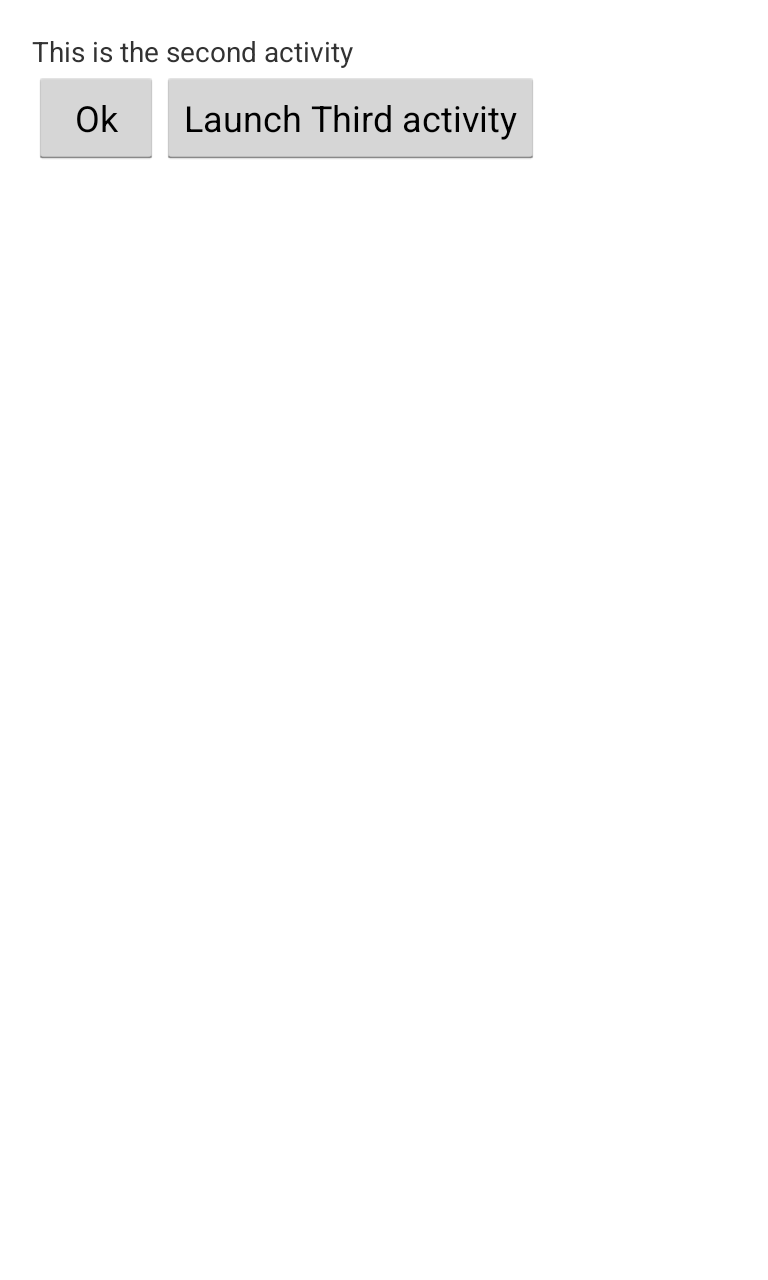
Repository: ericMedeiros93/Android-Dev
Layout: week5_intnet/res/layout/activity_third.xml
An editor plug-in stored every save of this project. The layout is shown before and after the next save, followed by the edit.
It is drawn on a 768 x 1280 px phone screen (xhdpi) without system bars, with theme AppTheme; the app's code is not run.

Above is the layout before, as saved 2014-10-01 16:12:58.

### week5_intnet/res/layout/activity_third.xml
<LinearLayout xmlns:android="http://schemas.android.com/apk/res/android"
    xmlns:tools="http://schemas.android.com/tools"
    android:layout_width="match_parent"
    android:layout_height="match_parent"
    android:orientation="vertical"
    android:paddingBottom="@dimen/activity_vertical_margin"
    android:paddingLeft="@dimen/activity_horizontal_margin"
    android:paddingRight="@dimen/activity_horizontal_margin"
    android:paddingTop="@dimen/activity_vertical_margin"
    tools:context="com.ericmedeiros.week5_intnet.MainActivity" >

    <TextView
        android:id="@+id/txtSecondActivity"
        android:layout_width="wrap_content"
        android:layout_height="wrap_content"
        android:text="This is the second activity"/>
    <LinearLayout

        android:layout_width="wrap_content"
        android:layout_height="wrap_content"
        >
     <Button
        android:id="@+id/btnReturn"
        android:layout_width="wrap_content"
        android:layout_height="wrap_content"
        android:onClick="closeSelf"
        android:text="Ok"/>

     <Button
        android:id="@+id/btnThird"
        android:layout_width="wrap_content"
        android:layout_height="wrap_content"
        android:onClick="thirdActivity"
        android:text="Launch Third activity"/>
     </LinearLayout>

</LinearLayout>

Loaded but not shown: week5_intnet/res/values/styles.xml (common file); week5_intnet/res/values-v11/styles.xml (common file); week5_intnet/res/values-v14/styles.xml (common file); week5_intnet/res/values/dimens.xml (common file); week5_intnet/res/values-w820dp/dimens.xml (common file)

After the next save:
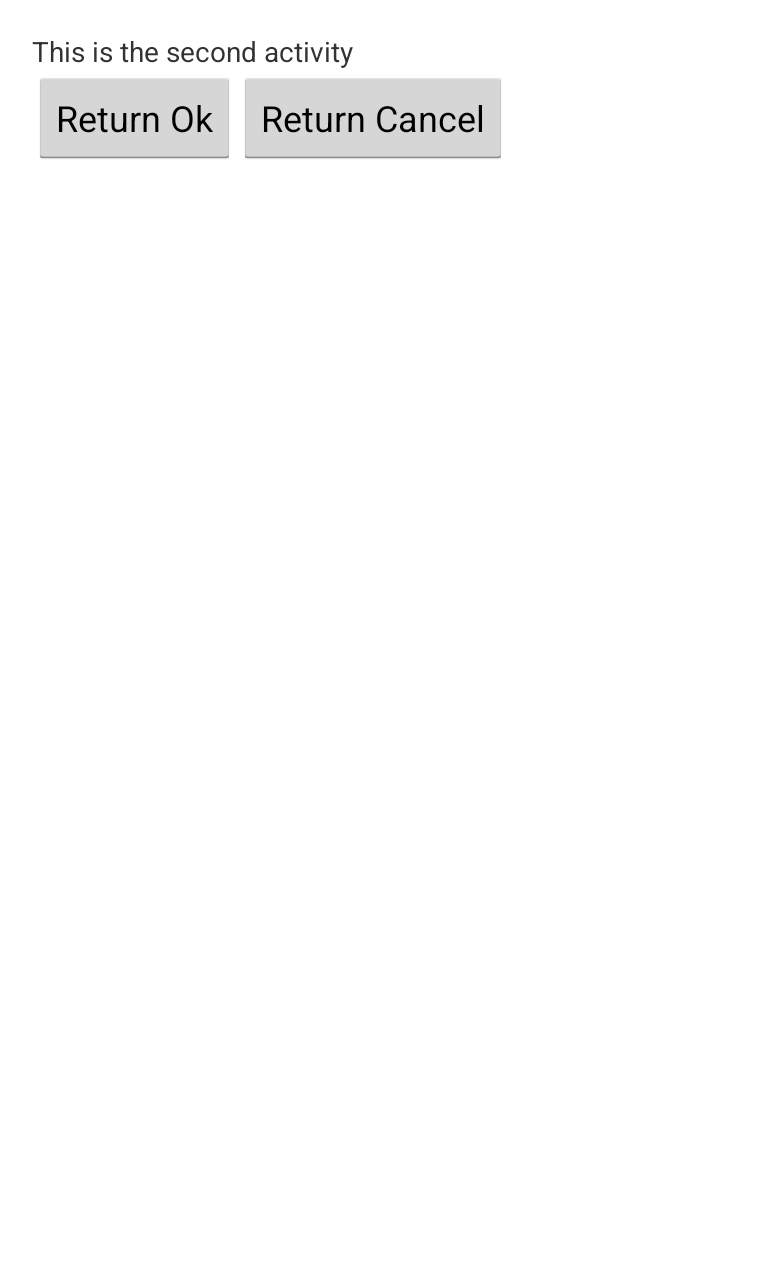
Saved 12 s later.
--- a/week5_intnet/res/layout/activity_third.xml
+++ b/week5_intnet/res/layout/activity_third.xml
@@ -24,14 +24,14 @@
         android:layout_width="wrap_content"
         android:layout_height="wrap_content"
         android:onClick="closeSelf"
-        android:text="Ok"/>
+        android:text="Return Ok"/>
 
      <Button
         android:id="@+id/btnThird"
         android:layout_width="wrap_content"
         android:layout_height="wrap_content"
         android:onClick="thirdActivity"
-        android:text="Launch Third activity"/>
+        android:text="Return Cancel"/>
      </LinearLayout>
 
 </LinearLayout>
